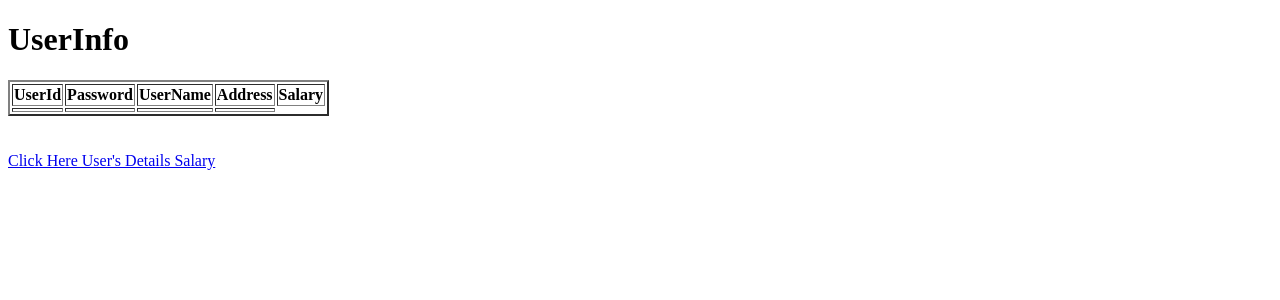
Repository: sandeepkjl/servlet
Page: http://localhost/Excercise4/success.jsp
The author's editor kept a copy of each file at every save. The page is drawn from the files as they stood at one save, then again after the next save.
The browser window is 1280 px wide. The pictures show the whole page.
The page is served by Tomcat 9. Other server files are loaded and not shown.

Above is the page before, as saved 2019-02-06 18:05:04.

### Excercise4/WebContent/success.jsp
<%@ page language="java" contentType="text/html; charset=ISO-8859-1"
    pageEncoding="ISO-8859-1"%>



<%@ page import="org.example.servlet.model.User" %>
<!DOCTYPE html PUBLIC "-//W3C//DTD HTML 4.01 Transitional//EN" "http://www.w3.org/TR/html4/loose.dtd">
<html>
<head>
<meta http-equiv="Content-Type" content="text/html; charset=ISO-8859-1">
<title>HomePage</title>
</head>
<body>

<h1> UserInfo</h1>
<table border="2px">
<tr>
<th>UserId</th>  <th>Password</th>  <th> UserName</th> <th>Address</th>
<th>Salary</th>
</tr>



<% User user =
            (User)request.getAttribute("user"); %>

          <tr>
                <td> ${ user.getUserId() }</td>
                <td>${  user.getPassword() }</td>


                <td>${  user.getUsername() }</td>
                 <td>${  user.getUserAddress() }</td>

                </tr>

</table>

</br>
</br>



<a href="${pageContext.request.contextPath}/salary.jsp" > Click Here User's Details Salary </a>

</body>
</html>

After the next save:
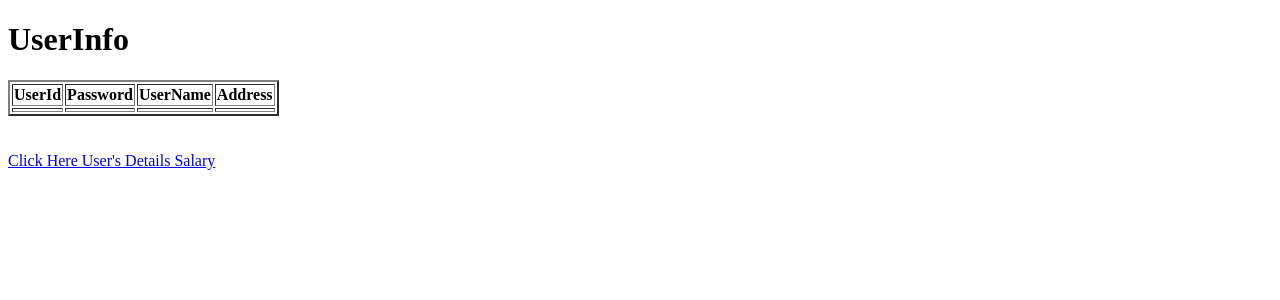
Saved 3 s later.
--- a/Excercise4/WebContent/success.jsp
+++ b/Excercise4/WebContent/success.jsp
@@ -16,7 +16,6 @@
 <table border="2px">
 <tr>
 <th>UserId</th>  <th>Password</th>  <th> UserName</th> <th>Address</th>
-<th>Salary</th>
 </tr>
 
 
